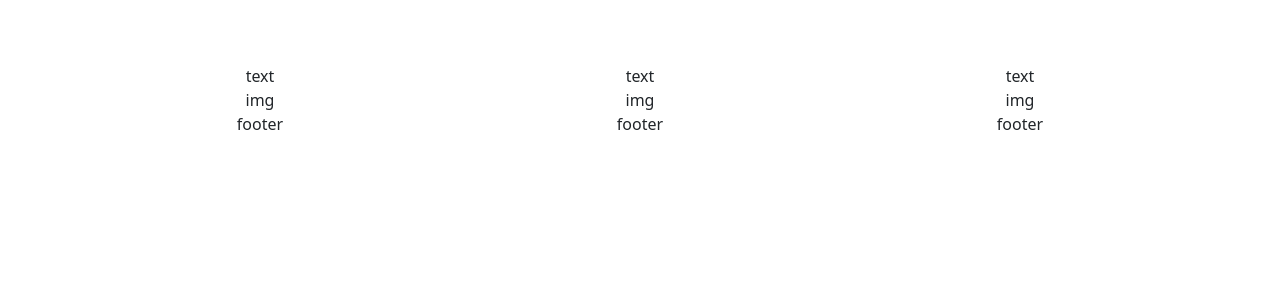
Repository: jorgi710/Prueba-Bootstrap
Page: /
The author's editor kept a copy of each file at every save. The page is drawn from the files as they stood at one save, then again after the next save.
The browser window is 1280 px wide. The pictures show the whole page.
The project was rebuilt for these pictures with package versions that can differ from the ones it lists, and the page was loaded fresh each time. Also part of the build but not shown: src/App.css.

Above is the page before, as saved 2021-03-30 10:25:54.

After the next save:
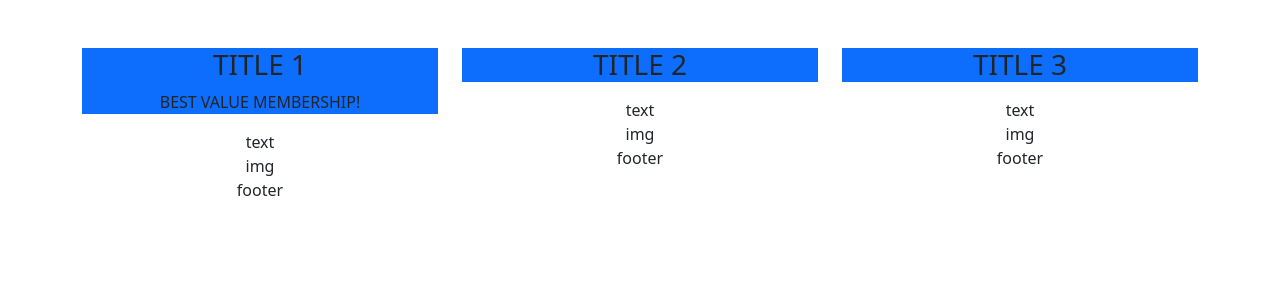
Saved 59 s later.
--- a/src/App.js
+++ b/src/App.js
@@ -7,17 +7,18 @@ function App() {
       <div className="row">
         <div className="col-4">
           <Header
-            title = "TITLE 1"
+            title_header = "TITLE 1"
+            parrafo_header = "BEST VALUE MEMBERSHIP!"
           />
         </div>
         <div className="col-4">
         <Header
-          title = "TITLE 2"
+          title_header = "TITLE 2"
         />
         </div>
         <div className="col-4">
         <Header
-          title = "TITLE 3"
+          title_header = "TITLE 3"
         />
         </div>
       </div>
